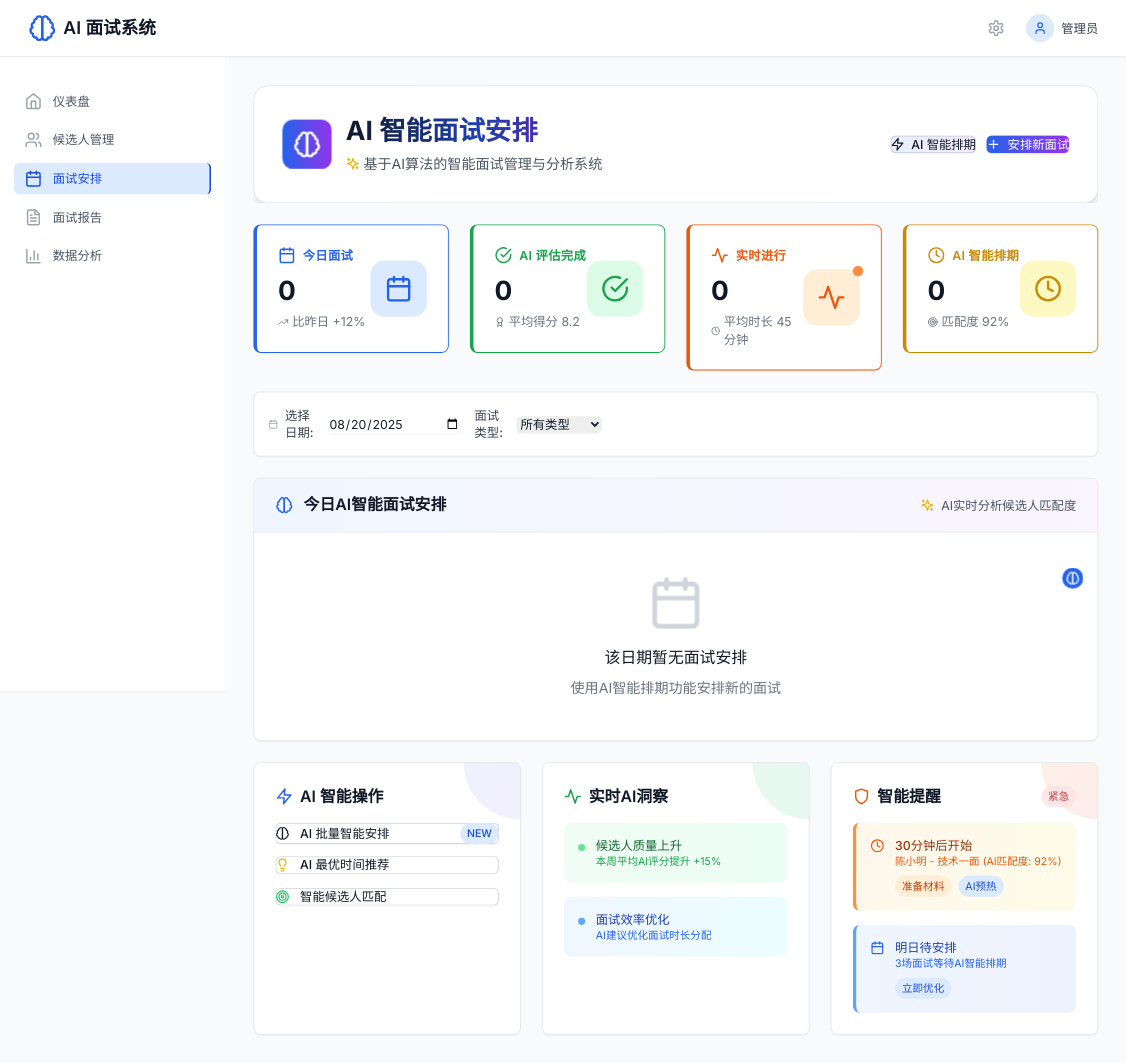
Repository: OisCircle/ai-day
Page: /interviews
An editor plug-in stored every save of this project. The page is shown before and after the next save, followed by the edit.
The browser window is 1280 px wide. The pictures show the whole page, at 88% of full size.
The project was rebuilt for these pictures with package versions that can differ from the ones it lists, and the page was loaded fresh each time. Also part of the build but not shown: vite.config.ts, src/pages/CandidateManagement.tsx, src/pages/Dashboard.tsx, src/pages/InterviewAnalysis.tsx, src/pages/InterviewConducting.tsx, src/pages/InterviewReports.tsx, src/pages/AIInterviewQuestions.tsx.

Above is the page before, as saved 2025-08-20 14:43:00.

After the next save:
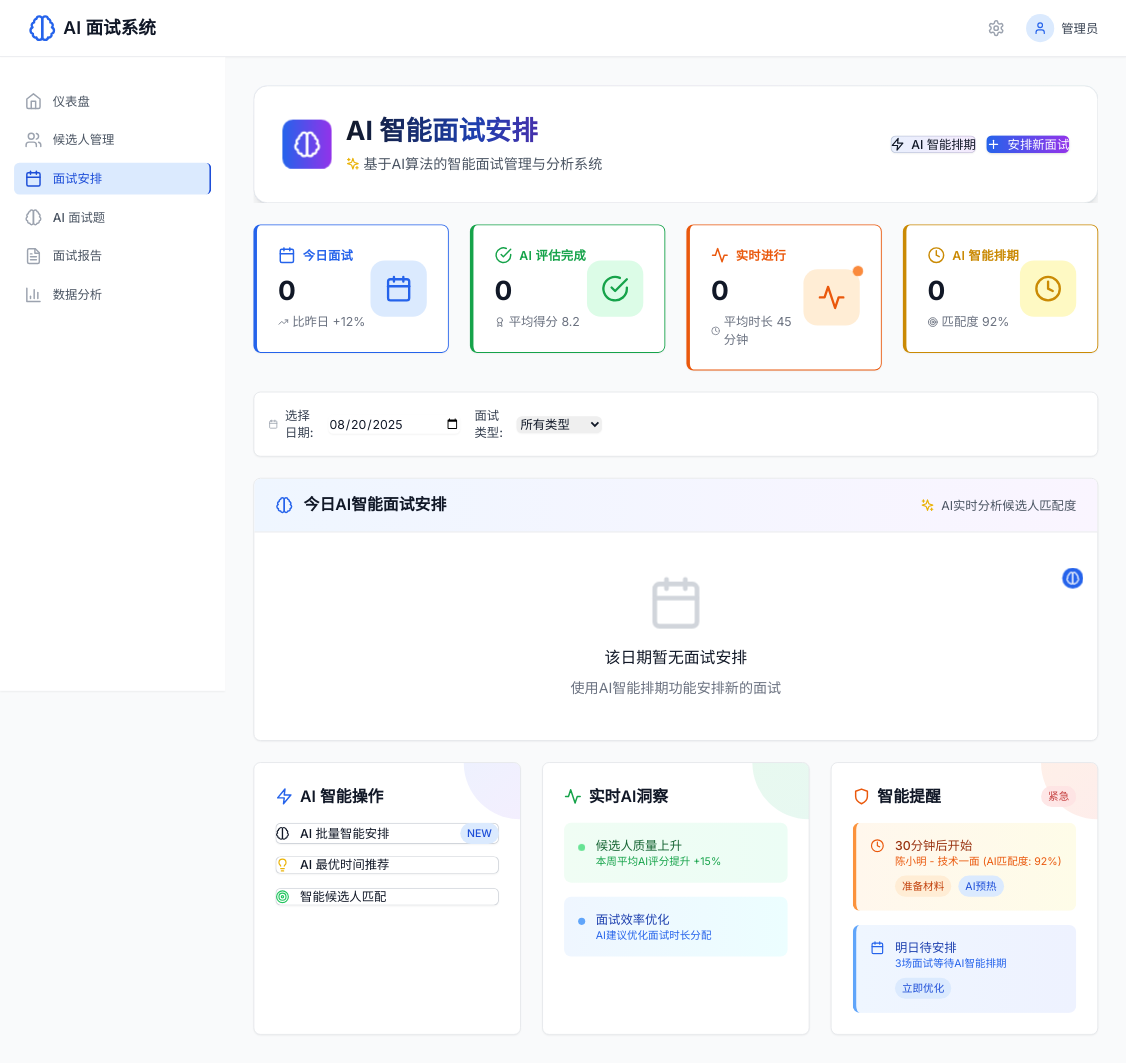
Saved 8 s later.
--- a/src/components/Layout.tsx
+++ b/src/components/Layout.tsx
@@ -22,6 +22,7 @@
     { name: "仪表盘", href: "/dashboard", icon: Home },
     { name: "候选人管理", href: "/candidates", icon: Users },
     { name: "面试安排", href: "/interviews", icon: Calendar },
+    { name: "AI 面试题", href: "/ai-questions", icon: Brain },
     { name: "面试报告", href: "/reports", icon: FileText },
     { name: "数据分析", href: "/analysis", icon: BarChart3 },
   ];
